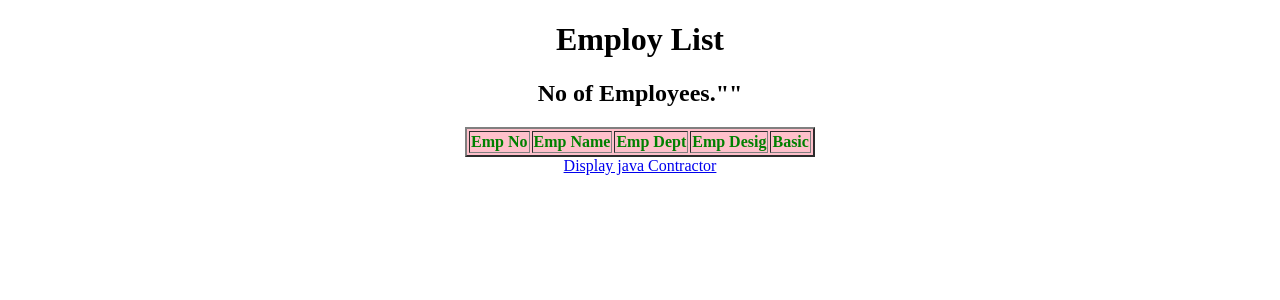
Repository: 1919satya/documents1-2
Page: http://localhost/springData/WEB-INF/views/home.jsp
These files come from the project's save history. The page is drawn as it stood at one moment and after the next save; the edit follows.
The browser window is 1280 px wide. The pictures show the whole page.
The page is served by Tomcat 9. Nobody is signed in. The template is opened directly, without the code that normally fills it, so the values that code supplies are empty.

Above is the page before, as saved 2019-10-15 09:35:29.

After the next save:
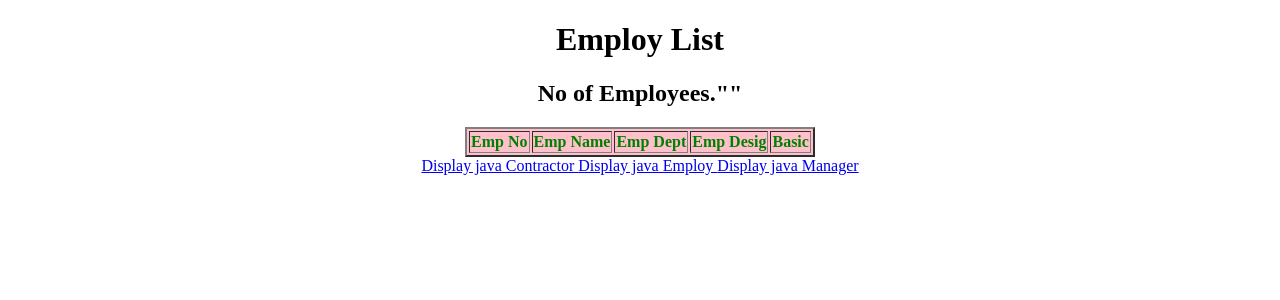
Saved 4 min 41 s later.
--- a/AdvanceSpring/springData/src/main/webapp/WEB-INF/views/home.jsp
+++ b/AdvanceSpring/springData/src/main/webapp/WEB-INF/views/home.jsp
@@ -31,6 +31,8 @@
 			</c:forEach>
 		</table>
 		<a href="/displayjavacontractors" />Display java Contractor </a>
+		<a href="/displayjavaemploy" />Display java Employ </a>
+		<a href="/displayjavamanager" />Display java Manager </a>
 	</div>
 
 </body>
